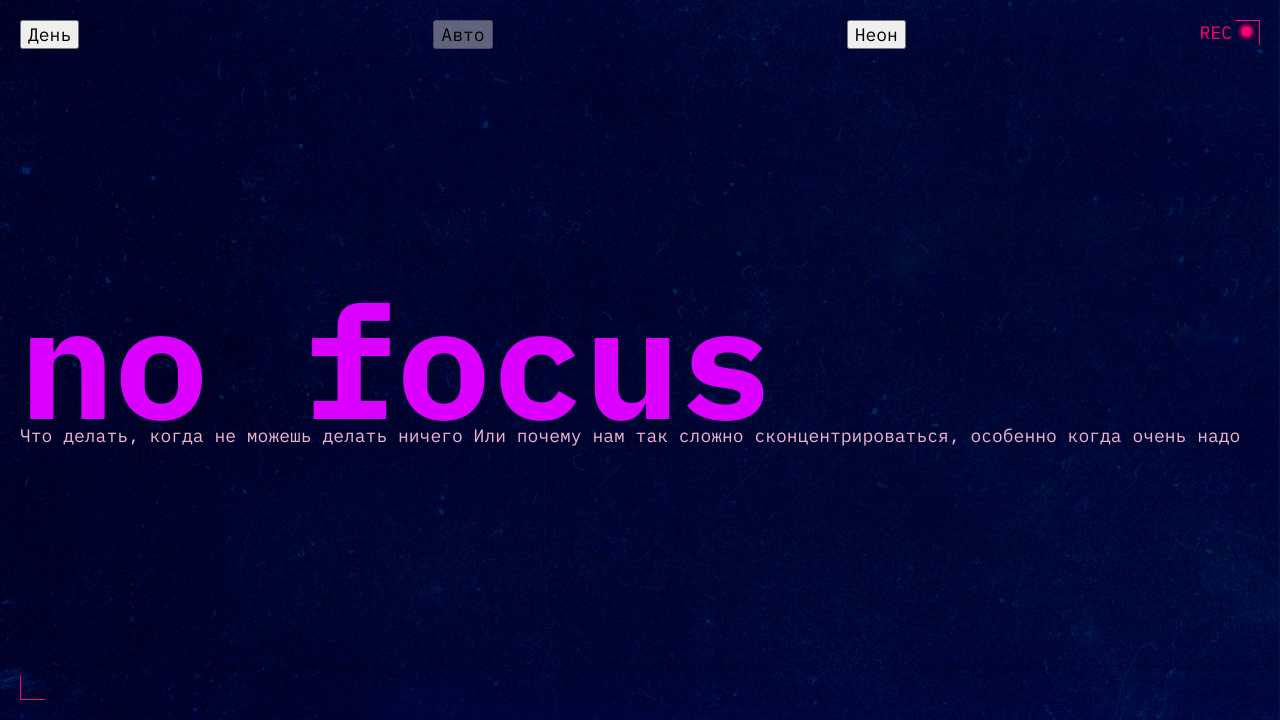
Repository: Hadoooouken/slozhno-sosredotochitsya
Page: index.html
An editor plug-in stored every save of this project. The page is shown before and after a run of saves, followed by the edit.
The browser window is 1280 px wide. The pictures show the whole page.

Above is the page before, as saved 2024-01-20 16:50:46.

### index.html
<!DOCTYPE html>
<html lang="ru">
  <head>
    <meta charset="UTF-8" />
    <meta http-equiv="X-UA-Compatible" content="IE=edge" />
    <meta name="viewport" content="width=device-width, initial-scale=1.0" />
    <meta name="color-scheme" content="dark light">
    <link rel="icon" href="images/favicon.svg" sizes="any" />
    <link rel="stylesheet" href="fonts/fonts.css" />
    <link rel="stylesheet" href="styles/globals.css" />
    <link rel="stylesheet" href="./styles/variables.css" />
    <link rel="stylesheet" href="scripts/script.js" />
    <link rel="stylesheet" href="./styles/style.css" />
    <link rel="stylesheet" href="./styles/dark.css" />
    <link rel="stylesheet" href="./styles/light.css" />
    <title>Сложно сосредоточиться</title>
  </head>
  <body class="page">
    <header class="header decorated-zone">
      <div class="decoration__element" aria-hidden="true"></div>
      <nav class="header__theme-menu">
        <ul class="header__theme-menu-list">
          <li class="header__theme-menu-item">
            <button
              class="header__theme-menu-button header__theme-menu-button_type_light"
            >
              День
            </button>
          </li>
          <li class="header__theme-menu-item">
            <button
              class="header__theme-menu-button header__theme-menu-button_active header__theme-menu-button_type_auto"
              disabled
            >
              Авто
            </button>
          </li>
          <li class="header__theme-menu-item">
            <button
              class="header__theme-menu-button header__theme-menu-button_type_dark"
            >
              Неон
            </button>
          </li>
        </ul>
      </nav>
      <h1 class="header__title">no focus</h1>
    <p class="header__text">Что делать, когда не можешь делать ничего Или почему нам так сложно сконцентрироваться, особенно когда очень надо
      </p>

    </header>

    <script src="./scripts/script.js"></script>
  </body>
</html>

### styles/variables.css
:root {/*
  Переменные для вашего проекта
  и их переопределение под различные устройства
*/
--main-font:'IBM Plex mono';
--title-color:#DB00FF;
--subtitle-color:#000028;
--text-color: #F1B2CE;
--section-title: #FF0070;


}

### scripts/script.js
const themeButtons = document.querySelectorAll('.header__theme-menu-button');

themeButtons.forEach((button) => {
  button.addEventListener('click', () => {
    themeButtons.forEach((btn) => {
      btn.classList.remove('header__theme-menu-button_active');
      btn.removeAttribute('disabled');
    });
    if (
      [...button.classList].includes('header__theme-menu-button_type_light')
    ) {
      changeTheme('light');
    } else if (
      [...button.classList].includes('header__theme-menu-button_type_dark')
    ) {
      changeTheme('dark');
    } else {
      changeTheme('auto');
    }
    button.classList.add('header__theme-menu-button_active');
    button.setAttribute('disabled', true);
  });
});

function changeTheme(theme) {
  document.body.className = 'page';
  document.body.classList.add(`theme_${theme}`);
  localStorage.setItem('theme', theme);
}

function initTheme() {
  const theme = localStorage.getItem('theme');
  if (theme) {
    changeTheme(theme);
    themeButtons.forEach((btn) => {
      btn.classList.remove('header__theme-menu-button_active');
      btn.removeAttribute('disabled');
    });
    document
      .querySelector(`.header__theme-menu-button_type_${theme}`)
      .classList.add('header__theme-menu-button_active');
    document
      .querySelector(`.header__theme-menu-button_type_${theme}`)
      .setAttribute('disabled', true);
  }
}

initTheme();

### styles/style.css
/* Основные стили проекта. Это стили для темы, которую вы верстаете первой. */

.page {
  /* сохраните в разметке и стилях класс page. На его основе работает скрипт. */

  background-color: #000028;
  background-image: url(/images/cover-image-dark.png);
  background-attachment: fixed;
  background-position: center;
  background-size: cover;
  font-family: "IBM Plex mono";
  font-size: 18px;
}

.header {
  position: relative;
  block-size: 100vh;
  min-height: 375px;
  height: 100vh;
  padding: 20px;
  display: grid;
  grid-template-rows: 1fr min-content 1fr;


}

.decorated-zone::before {
  content: "";
  position: absolute;
  border-top: 1px solid #ff0070;
  border-right: 1px solid #ff0070;
  right: 20px;
  top: 20px;
  width: 25px;
  height: 25px;
}

.decorated-zone::after {
  content: "";
  position: absolute;
  border-bottom: 1px solid #ff0070;
  border-left: 1px solid #ff0070;
  left: 20px;
  bottom: 20px;
  width: 25px;
  height: 25px;
}
.decoration__element {
  position: absolute;
  right: 48px;
  top: 21px;
}

.decoration__element::before {
  content: "REC";
  color: #ff0070;
  font-family: inherit;

  display: inline-block;
}

.decoration__element::after {
  content: "";
  background-color: #ff0070;
  width: 9px;
  height: 9px;
  border-radius: 4px;
  display: inline-block;
  box-shadow: 0px 0px 4px 2px #ff0070;
  top: 6px;
  left: 42px;
  position: absolute;
}

.header__title {
  font-family: var(--main-font);
  font-size: clamp(7.5rem, 0.5625rem + 14.4531vw, 9.8125rem);
  text-shadow: 10px 10px 10px 10px;
  color: var(--title-color);
  line-height: 82.5%; /* 129.525px */
}

.header__text {
  color: var(--text-color);
}




.header__theme-menu-list {
  display: grid;
  grid-template-columns: 1fr 1fr 1fr;


}

.header__theme-menu-item {
  background-color: transparent;

}

### styles/dark.css
/*
  Специально для тёмной темы при наличии класса,
  здесь окажутся стили, которые нужно переопределить принудительно,
  переключая тему
*/

.page.theme_dark {
  /* сохраните этот селектор в приведённом виде.
    Так стили написанные ниже будут иметь больший вес,
    чем стили в медиазапросе предпочтений пользователя
  */
--main-font:'IBM Plex mono';
--title-color:#DB00FF;
--subtitle-color:#000028;
--text-color: #F1B2CE;
--section-title: #FF0070;

}

Loaded but not shown: fonts/fonts.css (common file); styles/globals.css (common file); styles/light.css (common file)

After the next 3 saves:
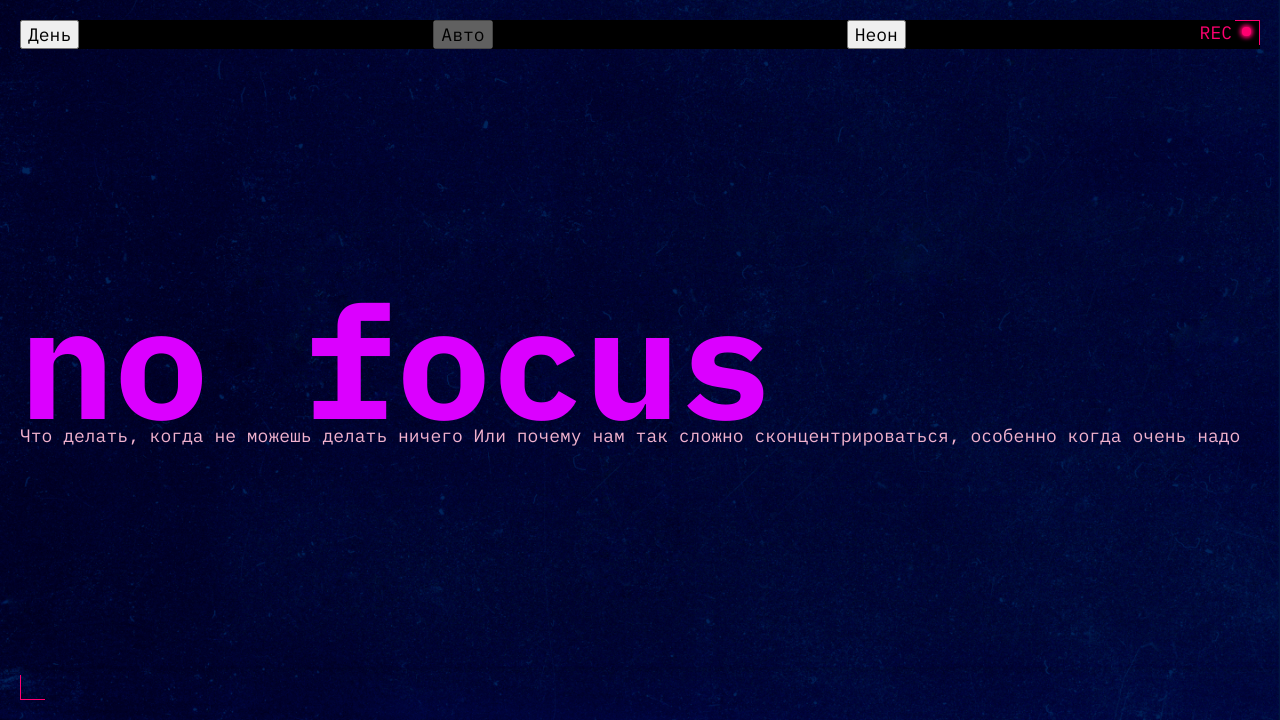
The 3 saves are shown as one change because they came seconds apart.
The last was saved 15 s later.
--- a/styles/style.css
+++ b/styles/style.css
@@ -95,6 +95,6 @@
 }
 
 .header__theme-menu-item {
-  background-color: transparent;
+  background-color: black;
 
 }
